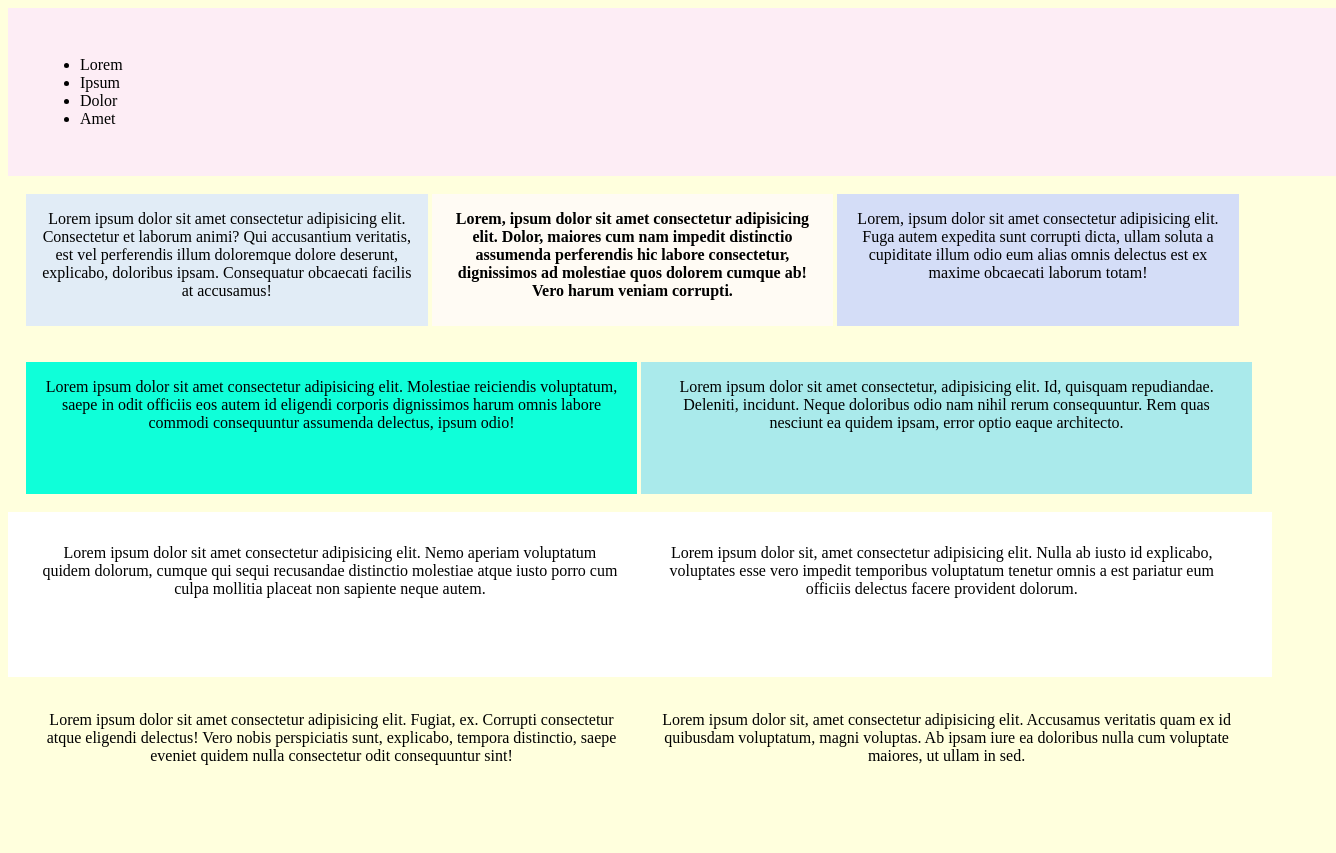
Repository: HTML-a-CSS-2/projekt-portfolio-Angelina555555
Page: .github/index.html
These files come from the project's save history. The page is drawn as it stood at one moment and after the next save; the edit follows.
The browser window is 1280 px wide. The page is 1336 px wide, so the pictures cover 1336 px, including what lies to the right of the window. The pictures show the whole page.

Above is the page before, as saved 2022-05-07 23:20:53.

After the next save:
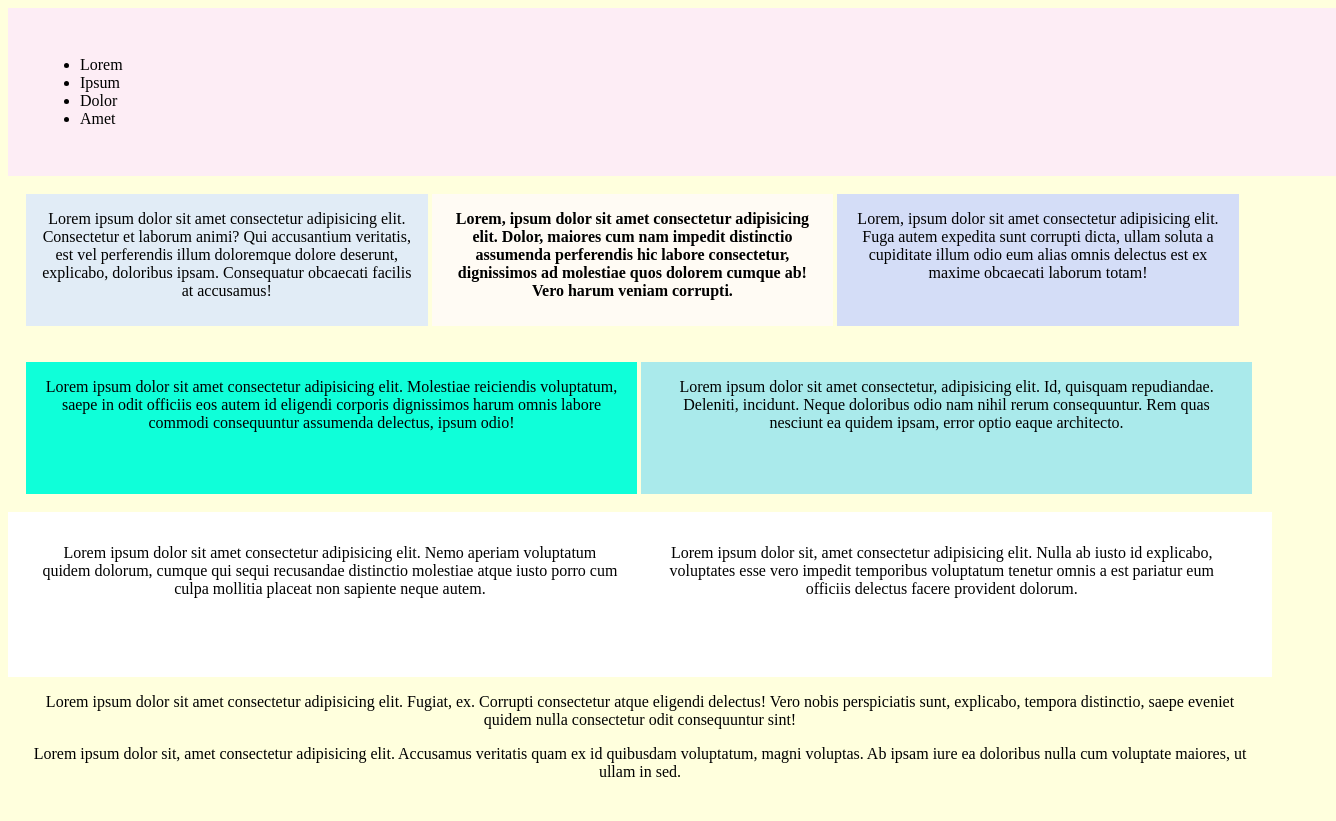
Saved 3 min 19 s later.
--- a/.github/index.html
+++ b/.github/index.html
@@ -63,13 +63,13 @@
       </div>
     </div>
     <div class="blok-posledni">
-      <div class="blok-posledni__element-osm">
+      <div class="blok-posledni__element-osm--mint">
         Lorem ipsum dolor sit amet consectetur adipisicing elit. Fugiat, ex.
         Corrupti consectetur atque eligendi delectus! Vero nobis perspiciatis
         sunt, explicabo, tempora distinctio, saepe eveniet quidem nulla
         consectetur odit consequuntur sint!
       </div>
-      <p class="blok-posledni__element-devet">
+      <p class="blok-posledni__element-devet--green">
         Lorem ipsum dolor sit, amet consectetur adipisicing elit. Accusamus
         veritatis quam ex id quibusdam voluptatum, magni voluptas. Ab ipsam iure
         ea doloribus nulla cum voluptate maiores, ut ullam in sed.
